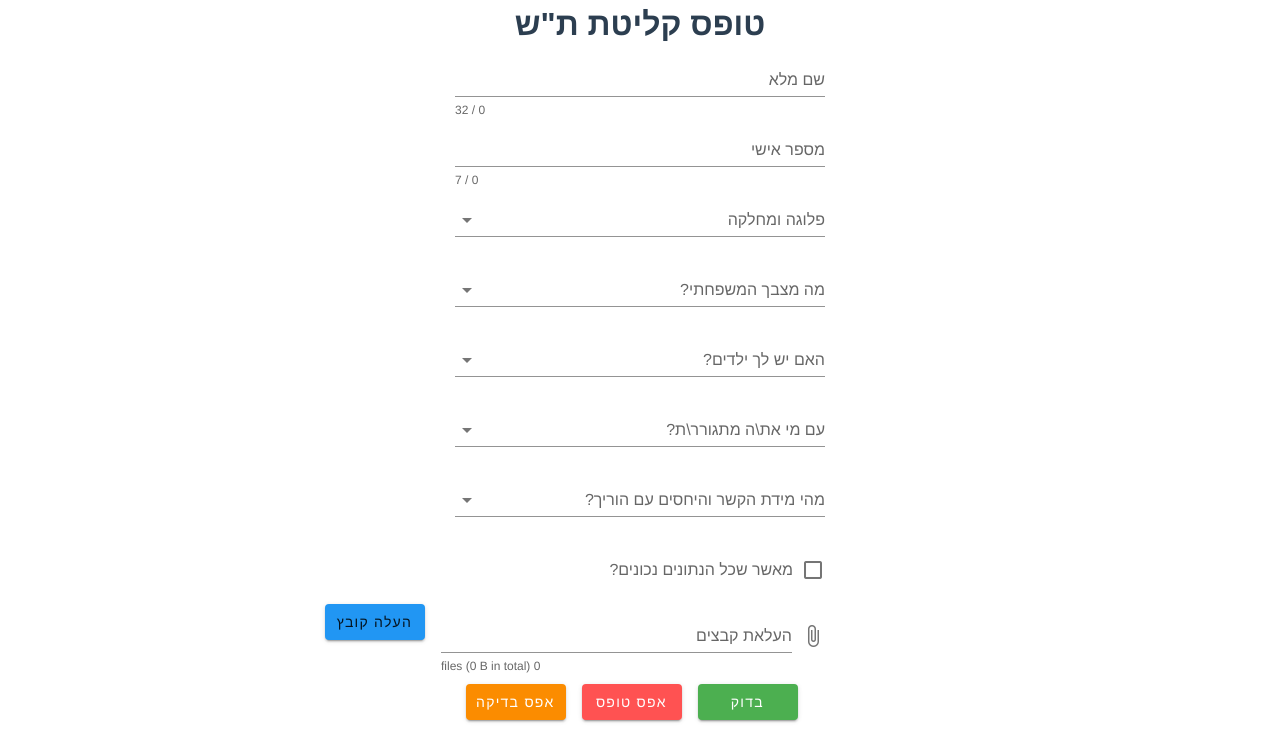
Repository: Natanhel/klitat-tash
Page: /
The author's editor kept a copy of each file at every save. The page is drawn from the files as they stood at one save, then again after the next save.
The browser window is 1280 px wide. The pictures show the whole page.
The page's requests for data from a server got no answer. The project was rebuilt for these pictures with package versions that can differ from the ones it lists, and the page was loaded fresh each time. No one was signed in, and anything a server would have sent is missing. Also part of the build but not shown: vue.config.js.

Above is the page before, as saved 2020-12-01 18:02:52.

After the next save:
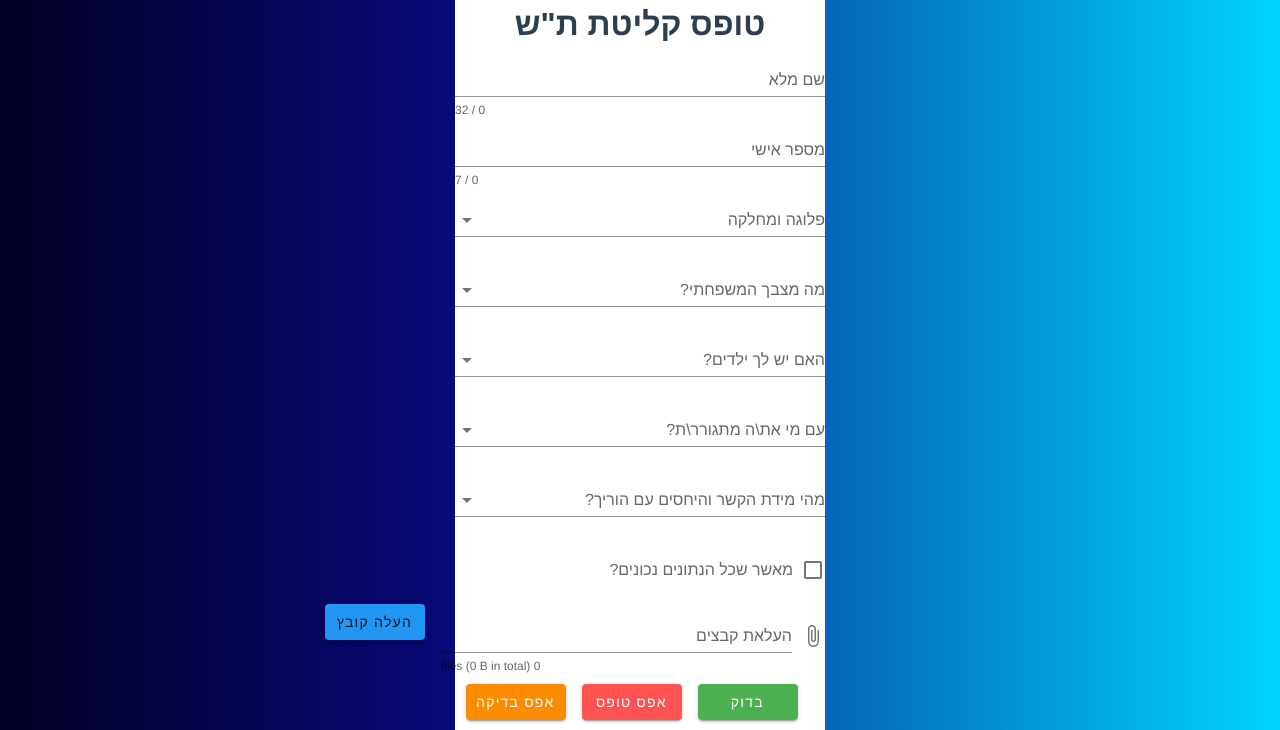
Saved 52 s later.
--- a/src/App.vue
+++ b/src/App.vue
@@ -273,7 +273,8 @@ form
 
 html
 {
-
+  background: rgb(2,0,36);
+background: linear-gradient(90deg, rgba(2,0,36,1) 0%, rgba(9,9,121,1) 35%, rgba(0,212,255,1) 100%);
   height: 100%; width: 100%;
 }
 </style>
